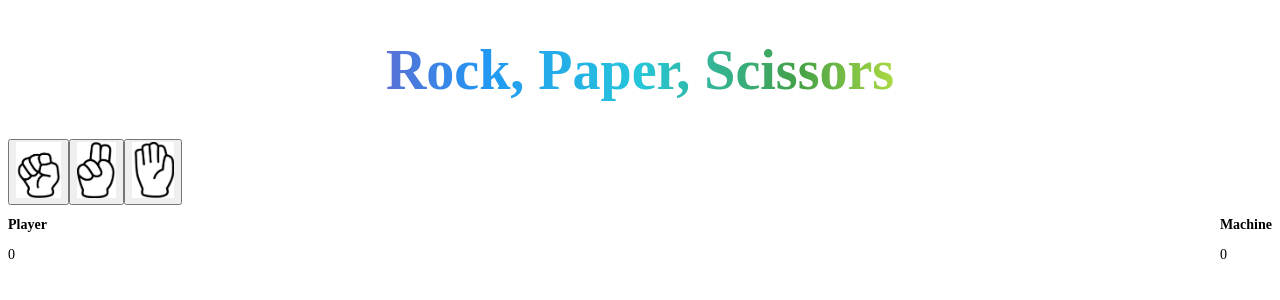
Repository: dung8466/RPS
Page: index.html
The author's editor kept a copy of each file at every save. The page is drawn from the files as they stood at one save, then again after the next save.
The browser window is 1280 px wide. The pictures show the whole page.

Above is the page before, as saved 2022-07-01 19:21:03.

After the next save:
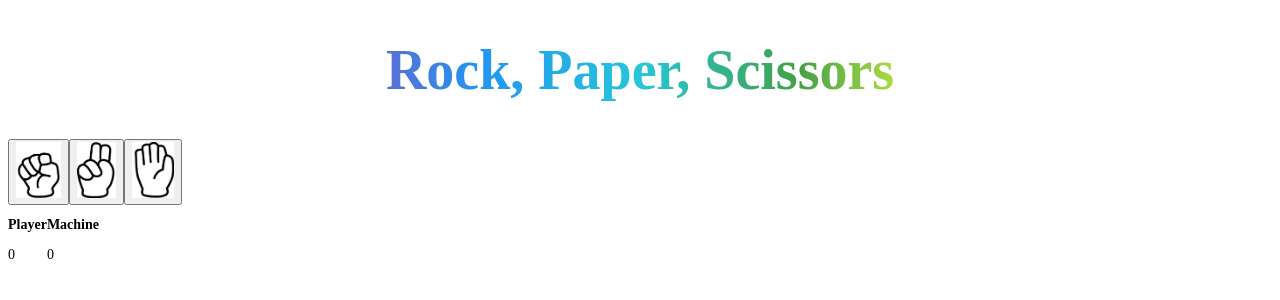
Saved 21 s later.
--- a/style.css
+++ b/style.css
@@ -5,7 +5,7 @@
 
 .flex-box{
     display: flex;
-    align-items: center;
+    align-items:
     justify-content: space-between;
     align-content: space-between;
 }
